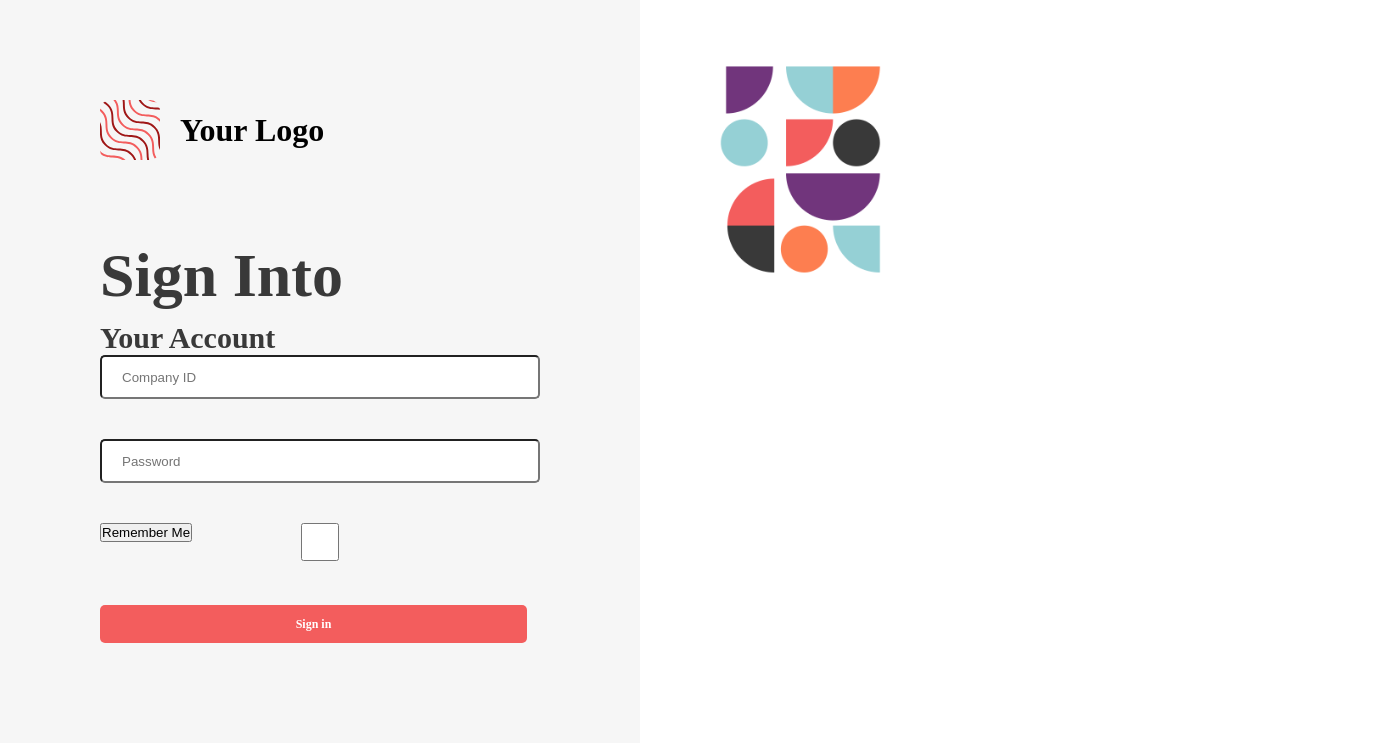
Repository: kubrazamanova/Form-lesson2
Page: index.html
These files come from the project's save history. The page is drawn as it stood at one moment and after the next save; the edit follows.
The browser window is 1280 px wide. The page is 1280 px wide, then 1394 px, so the pictures cover 1394 px, including what lies to the right of the window. The pictures show the whole page.

Above is the page before, as saved 2023-10-28 10:22:44.

After the next save:
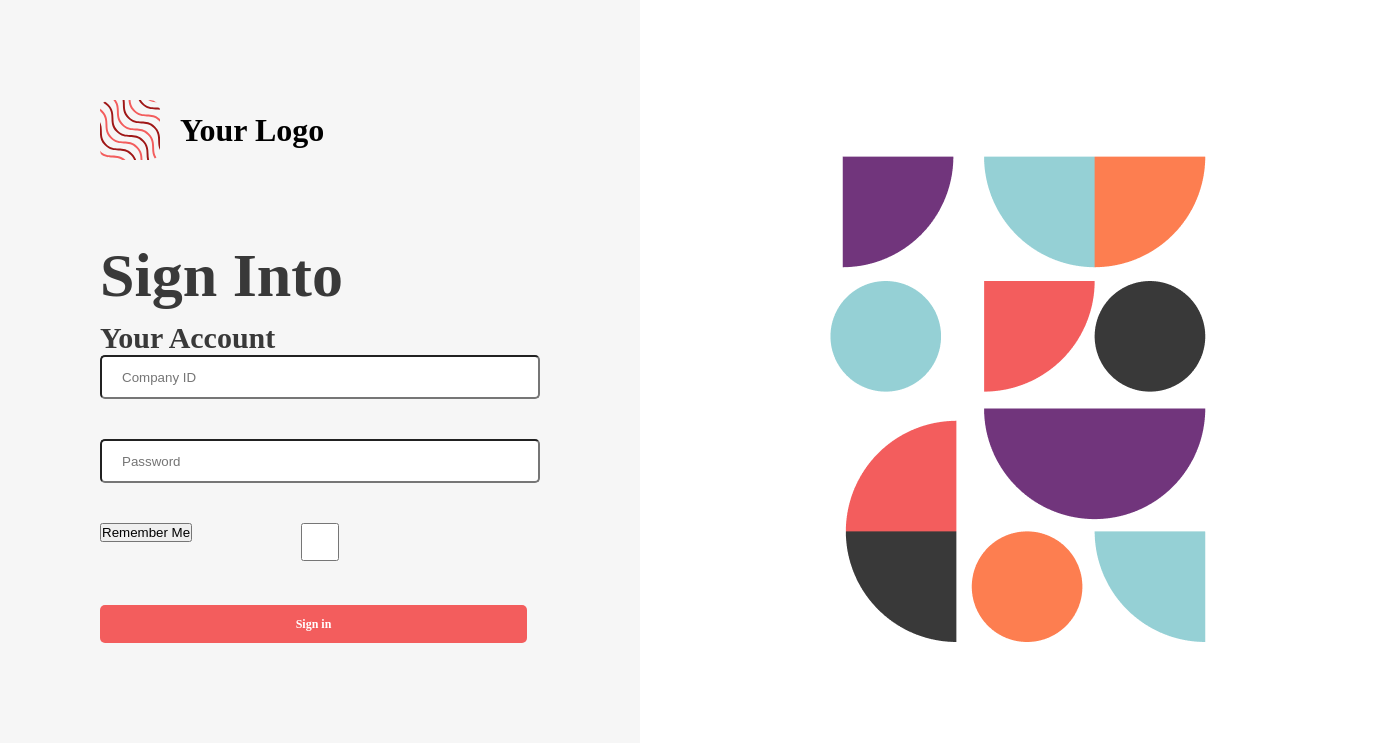
Saved 23 s later.
--- a/index.css
+++ b/index.css
@@ -100,6 +100,6 @@ min-height: 100vh;
   left: 100px;
 }
 
-.right-side img {
+/* .right-side img {
   width: 50%;
-}
+} */
